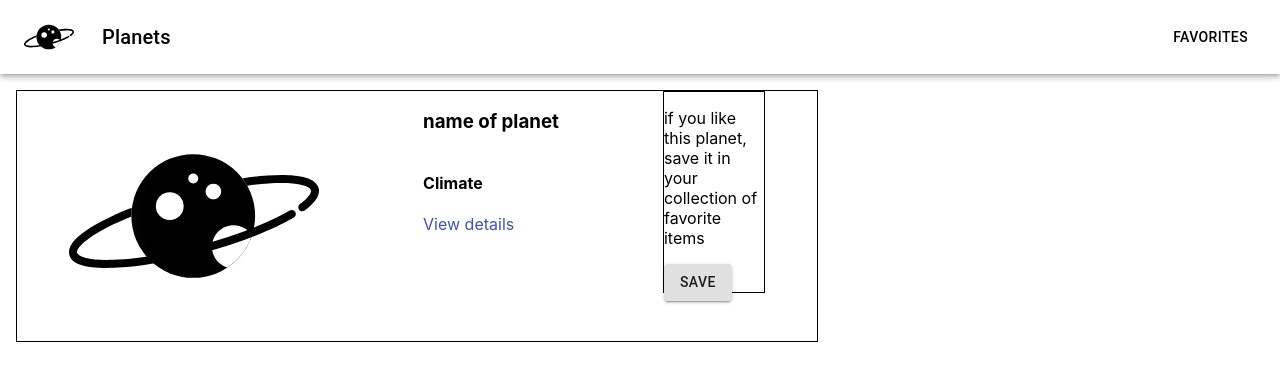
Repository: samridhie01/assignment
Page: /
An editor plug-in stored every save of this project. The page is shown before and after the next save, followed by the edit.
The browser window is 1280 px wide. The pictures show the whole page.
The page's requests for data from a server got no answer. The project was rebuilt for these pictures with package versions that can differ from the ones it lists, and the page was loaded fresh each time. No one was signed in, and anything a server would have sent is missing.

Above is the page before, as saved 2020-08-19 21:56:50.

After the next save:
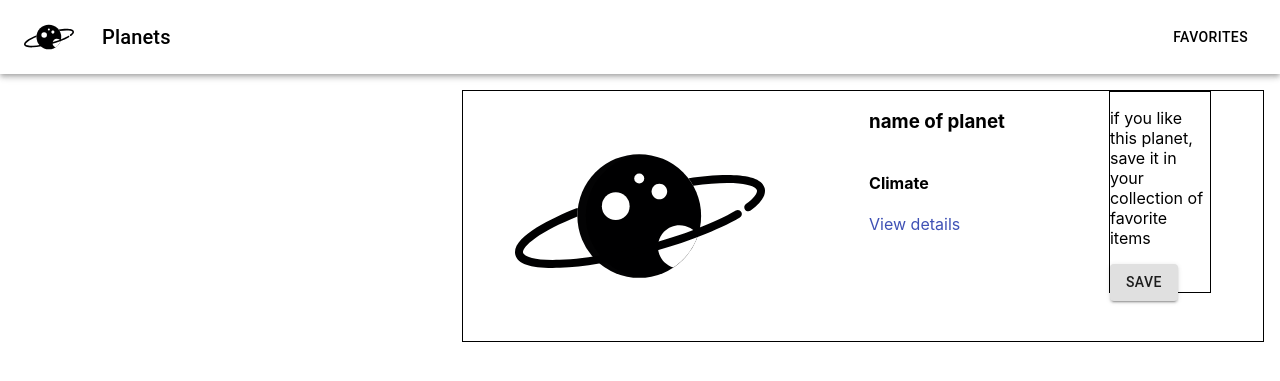
Saved 2 min 56 s later.
--- a/src/components/planets/Planets.tsx
+++ b/src/components/planets/Planets.tsx
@@ -7,7 +7,8 @@ const useStyles = makeStyles({
   flexContainer: {
     display: "flex",
     flexDirection: "row",
-    justifyContent: "space-around"
+    justifyContent: "space-around",
+    float: "right"
   },
   flexContainer2: {
     display: "flex",
